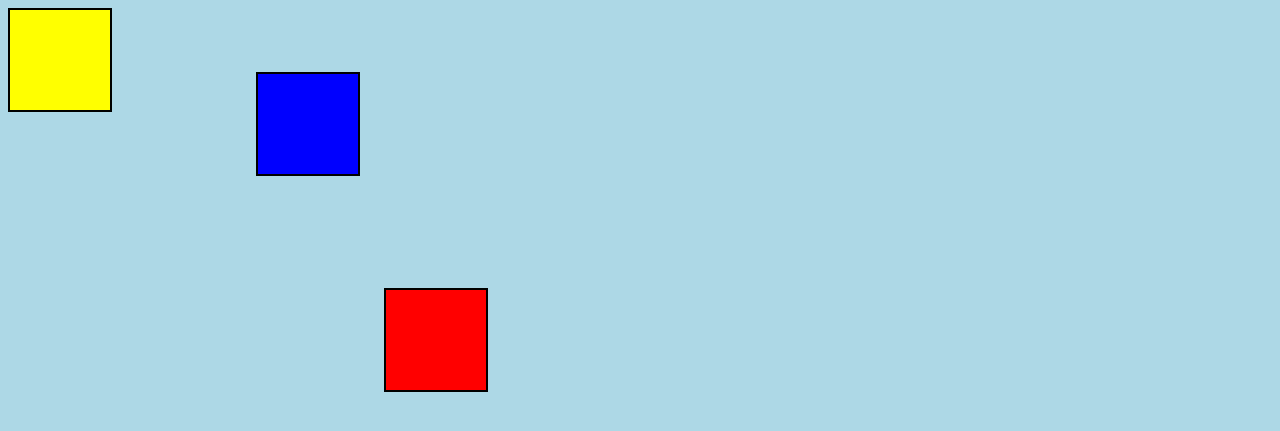
Repository: Sushant203/myPersonalSite
Page: index.html
An editor plug-in stored every save of this project. The page is shown before and after the next save, followed by the edit.
The browser window is 1280 px wide. The pictures show the whole page.

Above is the page before, as saved 2022-12-05 18:40:52.

After the next save:
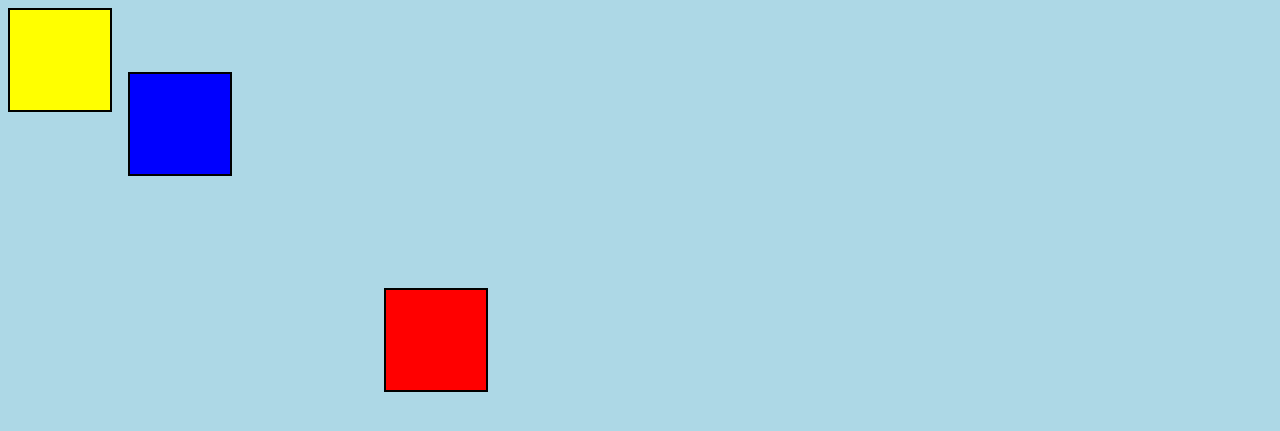
Saved 21 s later.
--- a/css/style.css
+++ b/css/style.css
@@ -19,7 +19,7 @@ body{
     height: 100px;
     width: 100px;
     position: absolute;
-    left: 20%;
+    left: 10%;
     top: 10%;
 }
 
